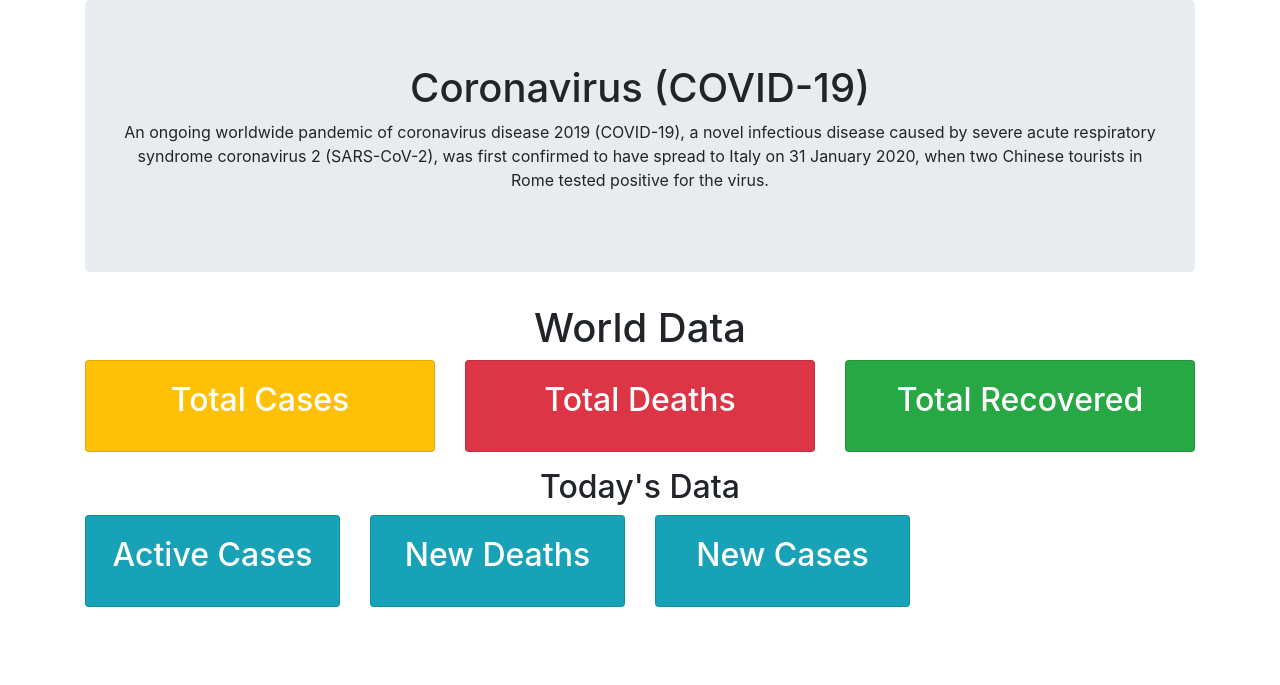
Repository: ahmadsaadkhan/react-covid-app
Page: /
An editor plug-in stored every save of this project. The page is shown before and after the next save, followed by the edit.
The browser window is 1280 px wide. The pictures show the whole page.
The page's requests for data from a server got no answer. The project was rebuilt for these pictures with package versions that can differ from the ones it lists, and the page was loaded fresh each time. No one was signed in, and anything a server would have sent is missing.

Above is the page before, as saved 2021-04-19 16:02:19.

### public/index.html
<!DOCTYPE html>
<html lang="en">

<head>
    <meta charset="utf-8" />
    <link rel="icon" href="%PUBLIC_URL%/favicon.ico" />
    <meta name="viewport" content="width=device-width, initial-scale=1" />
    <meta name="theme-color" content="#000000" />
    <meta name="description" content="Web site created using create-react-app" />
    <link rel="apple-touch-icon" href="%PUBLIC_URL%/logo192.png" />
    <!--
      manifest.json provides metadata used when your web app is installed on a
      user's mobile device or desktop. See https://developers.google.com/web/fundamentals/web-app-manifest/
    -->
    <link rel="manifest" href="%PUBLIC_URL%/manifest.json" />
    <link rel="stylesheet" href="https://cdn.jsdelivr.net/npm/bootstrap@4.6.0/dist/css/bootstrap.min.css" integrity="sha384-B0vP5xmATw1+K9KRQjQERJvTumQW0nPEzvF6L/Z6nronJ3oUOFUFpCjEUQouq2+l" crossorigin="anonymous" />
    <!--
      Notice the use of %PUBLIC_URL% in the tags above.
      It will be replaced with the URL of the `public` folder during the build.
      Only files inside the `public` folder can be referenced from the HTML.

      Unlike "/favicon.ico" or "favicon.ico", "%PUBLIC_URL%/favicon.ico" will
      work correctly both with client-side routing and a non-root public URL.
      Learn how to configure a non-root public URL by running `npm run build`.
    -->
    <title>React App</title>
</head>

<body>
    <noscript>You need to enable JavaScript to run this app.</noscript>
    <div id="root"></div>
    <!--
      This HTML file is a template.
      If you open it directly in the browser, you will see an empty page.

      You can add webfonts, meta tags, or analytics to this file.
      The build step will place the bundled scripts into the <body> tag.

      To begin the development, run `npm start` or `yarn start`.
      To create a production bundle, use `npm run build` or `yarn build`.
    -->
</body>

</html>

### src/App.js
import './App.css';
import { useState } from 'react';
import { useEffect } from 'react';

function App() {

  const [Covid_Data, setCovid_Data] = useState(null);

  const getData = () => {
    fetch("https://vaccovid-coronavirus-vaccine-and-treatment-tracker.p.rapidapi.com/api/npm-covid-data/world", {
      "method": "GET",
      "headers": {
        "x-rapidapi-key": "3d33dc1e13mshc5f97558480723fp15e23bjsnc1db1b7183da",
        "x-rapidapi-host": "vaccovid-coronavirus-vaccine-and-treatment-tracker.p.rapidapi.com"
      }
    })
      .then(response => {
        return response.json();
      })
      .then(data => {
        console.log(data);
        setCovid_Data(data);
      })
      .catch(err => {
        console.error(err);
      });


  }

  useEffect(() => {
    getData()
  }, [])

  return (
    <div className="App">
      <div className="container">
        <div className="jumbotron text-center">
          <h1>Coronavirus (COVID-19)</h1>
          <p>An ongoing worldwide pandemic of coronavirus disease 2019 (COVID-19), a novel infectious disease caused by severe acute respiratory syndrome coronavirus 2 (SARS-CoV-2), was first confirmed to have spread to Italy on 31 January 2020, when two Chinese tourists in Rome tested positive for the virus.</p>
        </div>
        <h1>World Data</h1>
        <div className="row">
          <div className="col-md-4">
            <div className="card text-white bg-warning mb-3">
              <div className="card-body">
                <h2 className="card-title"> Total Cases</h2>
                <p className="card-text h3">{Covid_Data && Covid_Data[0].TotalCases}</p>
              </div>
            </div>
          </div>
          <div className="col-md-4">
            <div className="card text-white bg-danger mb-3">
              <div className="card-body">
                <h2 className="card-title"> Total Deaths</h2>
                <p className="card-text h3">{Covid_Data && Covid_Data[0].TotalDeaths}</p>
              </div>
            </div>
          </div>
          <div className="col-md-4">
            <div className="card text-white bg-success mb-3">
              <div className="card-body">
                <h2 className="card-title"> Total Recovered</h2>
                <p className="card-text h3">{Covid_Data && Covid_Data[0].TotalRecovered}</p>
              </div>
            </div>
          </div>
        </div>

        <h2>Today's Data</h2>
        <div className="row">

          <div className="col-md-3">
            <div className="card text-white bg-info mb-3">
              <div className="card-body">
                <h2 className="card-title"> Active Cases</h2>
                <p className="card-text h3">{Covid_Data && Covid_Data[0].ActiveCases}</p>
              </div>
            </div>
          </div>

          <div className="col-md-3">
            <div className="card text-white bg-info mb-3">
              <div className="card-body">
                <h2 className="card-title"> New Deaths</h2>
                <p className="card-text h3">{Covid_Data && Covid_Data[0].NewDeaths}</p>
              </div>
            </div>
          </div>

          <div className="col-md-3">
            <div className="card text-white bg-info mb-3">
              <div className="card-body">
                <h2 className="card-title"> New Cases</h2>
                <p className="card-text h3">{Covid_Data && Covid_Data[0].NewCases}</p>
              </div>
            </div>
          </div>

        </div>

      </div>
    </div>
  );
}

export default App;

Loaded but not shown: src/index.js (common file); src/index.css (common file); src/App.css (common file)

After the next save:
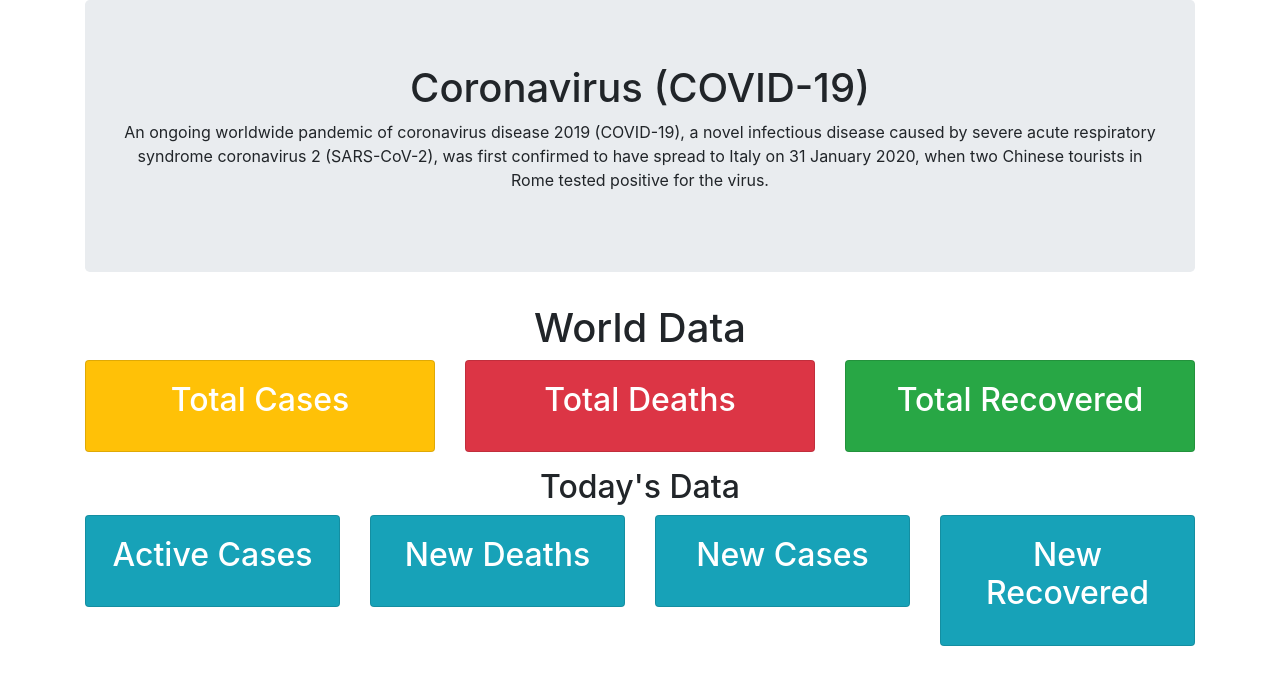
Saved 30 s later.
--- a/src/App.js
+++ b/src/App.js
@@ -97,6 +97,15 @@ function App() {
             </div>
           </div>
 
+          <div className="col-md-3">
+            <div className="card text-white bg-info mb-3">
+              <div className="card-body">
+                <h2 className="card-title"> New Recovered</h2>
+                <p className="card-text h3">{Covid_Data && Covid_Data[0].NewRecovered}</p>
+              </div>
+            </div>
+          </div>
+
         </div>
 
       </div>
